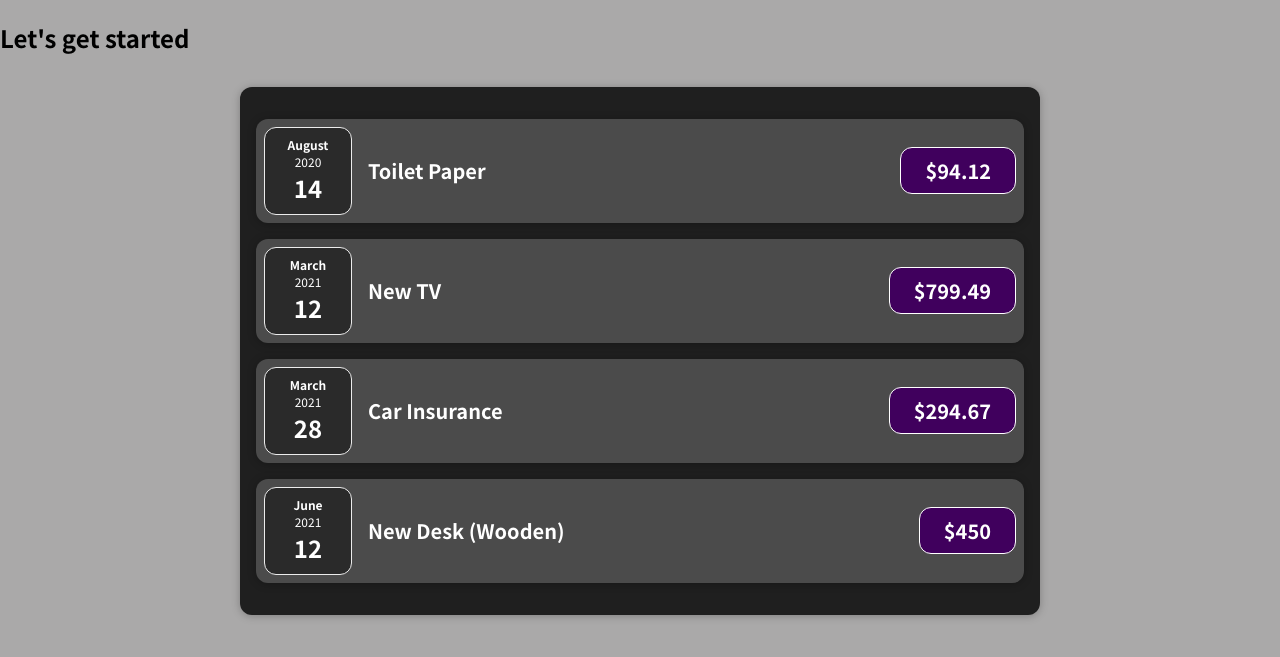
Repository: otvertka/MSC
Page: /
The author's editor kept a copy of each file at every save. The page is drawn from the files as they stood at one save, then again after the next save.
The browser window is 1280 px wide. The pictures show the whole page.
The project was rebuilt for these pictures with package versions that can differ from the ones it lists, and the page was loaded fresh each time. Also part of the build but not shown: src/App.js.

Above is the page before, as saved 2023-06-19 12:54:16.

### src/index.css
@import url("https://fonts.googleapis.com/css2?family=Noto+Sans+JP:wght@400;700&display=swap");

* {
  box-sizing: border-box;
}

html {
  font-family: "Noto Sans JP", sans-serif;
}

body {
  margin: 0;
  background-color: #aaa9a9;
}

### src/components/Expenses/Expenses.js
import React from "react";
import ExpenseItem from "./ExpenseItem";

import "./Expenses.css";
import Card from "../UI/Card";

const Expenses = (props) => {
  return (
    <Card className="expenses">
      <ExpenseItem
        title={props.items[0].title}
        amount={props.items[0].amount}
        date={props.items[0].date}
      />
      <ExpenseItem
        title={props.items[1].title}
        amount={props.items[1].amount}
        date={props.items[1].date}
      />
      <ExpenseItem
        title={props.items[2].title}
        amount={props.items[2].amount}
        date={props.items[2].date}
      />
      <ExpenseItem
        title={props.items[3].title}
        amount={props.items[3].amount}
        date={props.items[3].date}
      />
    </Card>
  );
};

export default Expenses;

### src/components/Expenses/ExpenseItem.js
import React from "react";
import Card from "../UI/Card";
import ExpenseDate from "./ExpenseDate";
import "./ExpenseItem.css";

const ExpenseItem = (props) => {
  return (
    //
    <Card className="expense-item">
      <ExpenseDate date={props.date} />
      <div className="expense-item__description">
        <h2>{props.title}</h2>
        <div className="expense-item__price">${props.amount}</div>
      </div>
    </Card>
  );
};

export default ExpenseItem;

### src/components/Expenses/ExpenseItem.css
.expense-item {
  display: flex;
  justify-content: space-between;
  align-items: center;
  padding: 0.5rem;
  margin: 1rem 0;
  background-color: #4b4b4b;
}

.expense-item__description {
  display: flex;
  flex-direction: column;
  gap: 1rem;
  align-items: flex-end;
  flex-flow: column-reverse;
  justify-content: flex-start;
  flex: 1;
}

.expense-item h2 {
  color: #3a3a3a;
  font-size: 1rem;
  flex: 1;
  margin: 0 1rem;
  color: white;
}

.expense-item__price {
  font-size: 1rem;
  font-weight: bold;
  color: white;
  background-color: #40005d;
  border: 1px solid white;
  padding: 0.5rem;
  border-radius: 12px;
}

@media (min-width: 580px) {
  .expense-item__description {
    flex-direction: row;
    align-items: center;
    justify-content: flex-start;
    flex: 1;
  }

  .expense-item__description h2 {
    font-size: 1.25rem;
  }

  .expense-item__price {
    font-size: 1.25rem;
    padding: 0.5rem 1.5rem;
  }
}

Loaded but not shown: public/index.html (common file); src/index.js (common file); src/components/Expenses/Expenses.css (common file); src/components/UI/Card.js (common file); src/components/Expenses/ExpenseDate.js (common file); src/components/UI/Card.css (common file); src/components/Expenses/ExpenseDate.css (common file)

After the next save:
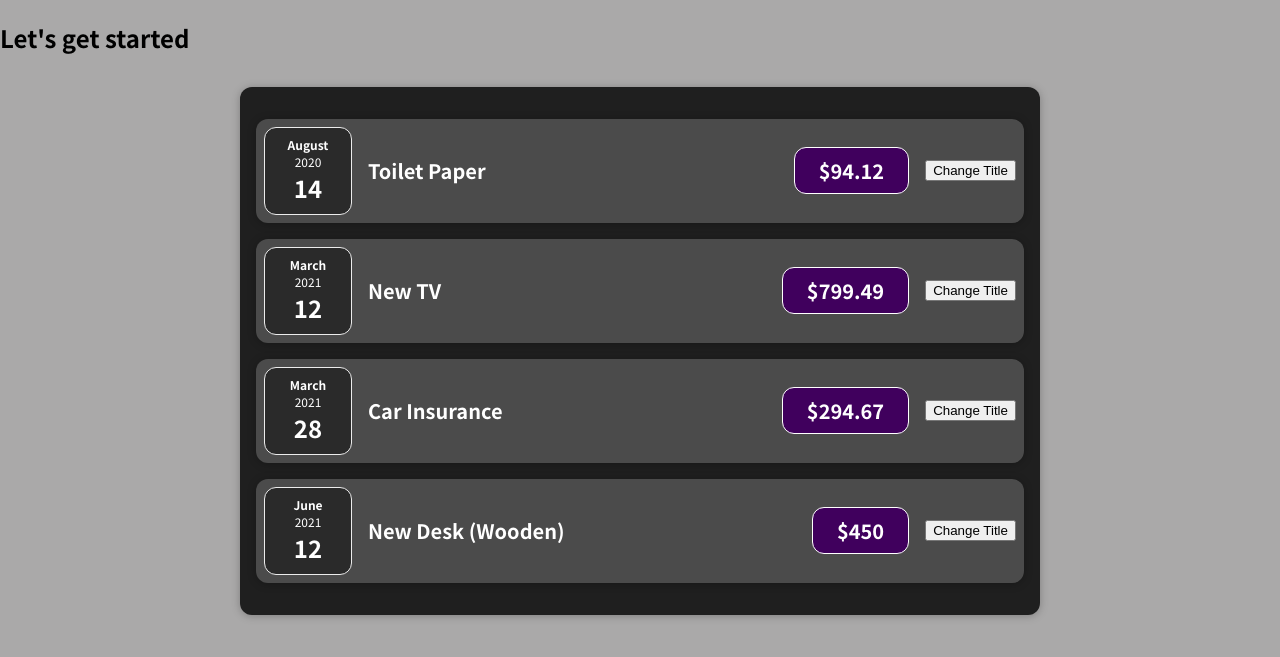
Saved 24 h 4 min later.
--- a/src/components/Expenses/ExpenseItem.js
+++ b/src/components/Expenses/ExpenseItem.js
@@ -11,6 +11,7 @@ const ExpenseItem = (props) => {
       <div className="expense-item__description">
         <h2>{props.title}</h2>
         <div className="expense-item__price">${props.amount}</div>
+        <button>Change Title</button>
       </div>
     </Card>
   );
